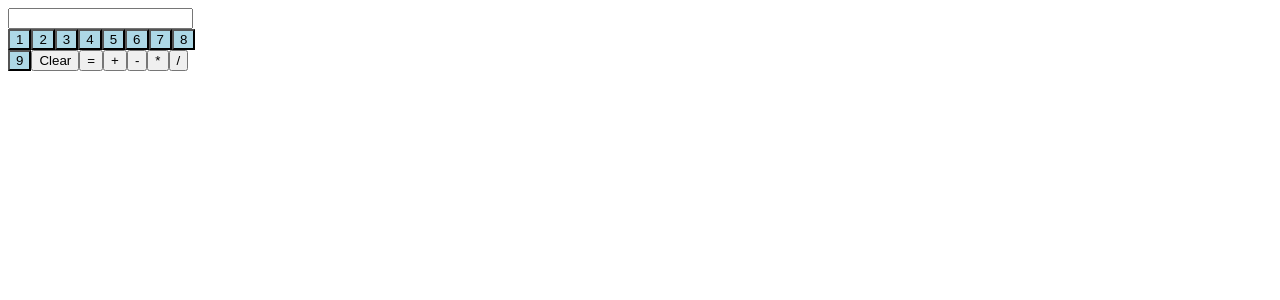
Repository: weazzyefff/Calculator-App
Page: index.html
The author's editor kept a copy of each file at every save. The page is drawn from the files as they stood at one save, then again after the next save.
The browser window is 1280 px wide. The pictures show the whole page.

Above is the page before, as saved 2022-12-16 17:46:33.

### index.html
<!DOCTYPE html>
<html>
<head>
	<meta charset="utf-8">
	<meta name="viewport" content="width=device-width, initial-scale=1">
	<title>Calculator App</title>
    <link rel="stylesheet" href="style.css">
</head>
<body>
    <div class="container">
        <input>
        <button type ="input" class="numbtn">1</button>
        <button type ="input" class="numbtn">2</button>
        <button type ="input" class="numbtn">3</button>
        <button type ="input" class="numbtn">4</button>
        <button type ="input" class="numbtn">5</button>
        <button type ="input" class="numbtn">6</button>
        <button type ="input" class="numbtn">7</button>
        <button type ="input" class="numbtn">8</button>
        <button type ="input" class="numbtn">9</button>
        <button type ="input">Clear</button>
        <button type ="input">=</button>
        <button type ="input">+</button>
        <button type = "input">-</button>
        <button type = "input">*</button>
        <button type = "input">/</button>
    </div>


</body>
</html>

### style.css
.container {
    width: 200px;
    display: flex;
    flex-wrap: wrap;
    order: 5;
}

.numbtn {
    background-color: lightblue;
}

After the next save:
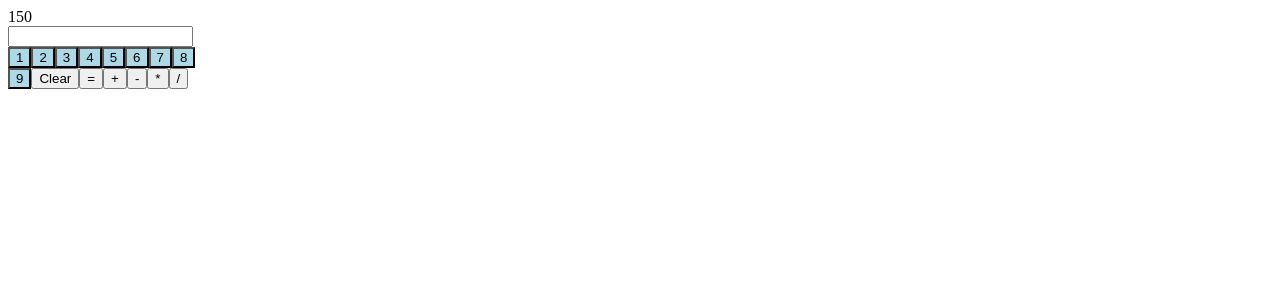
Saved 115 min 56 s later.
--- a/index.html
+++ b/index.html
@@ -8,6 +8,7 @@
 </head>
 <body>
     <div class="container">
+        <div class="display">150</div>
         <input>
         <button type ="input" class="numbtn">1</button>
         <button type ="input" class="numbtn">2</button>
